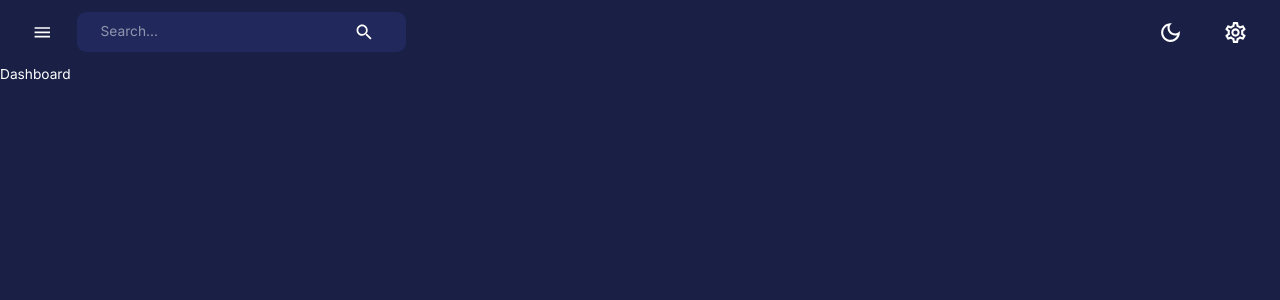
Repository: thaiduy1704/Mern-Admin-Dashboard
Page: / (app in client/)
The author's editor kept a copy of each file at every save. The page is drawn from the files as they stood at one save, then again after the next save.
The browser window is 1280 px wide. The pictures show the whole page.
The project was rebuilt for these pictures with package versions that can differ from the ones it lists, and the page was loaded fresh each time. Also part of the build but not shown: client/src/components/SideBar.jsx.

Above is the page before, as saved 2023-03-06 17:31:51.

### client/src/index.css
@import url('https://fonts.googleapis.com/css2?family=Inter:wght@400;600;700&display=swap');

html,
body,
#root,
.app{
    height: 100%;
    width: 100%;
    font-family: "Inter", sans-serif;
}

### client/src/App.js
import { CssBaseline, ThemeProvider } from "@mui/material";
import { createTheme } from "@mui/material/styles";
import { themeSettings } from "./assets/theme";
import { useSelector } from "react-redux";
import { useMemo } from "react";
import {
  BrowserRouter as Router,
  Routes,
  Route,
  Navigate,
} from "react-router-dom";
import { Dashboard, Layout } from "./pages/index";

function App() {
  const { mode } = useSelector((store) => store.theme);

  const theme = useMemo(() => createTheme(themeSettings(mode)), [mode]);
  console.log("app theme", theme);

  return (
    <div className="app">
      <Router>
        <ThemeProvider theme={theme}>
          <CssBaseline />
          <Routes>
            <Route element={<Layout />}>
              <Route path="/" element={<Navigate to="/dashboard" replace />} />
              <Route path="/dashboard" element={<Dashboard />} />
            </Route>
          </Routes>
        </ThemeProvider>
      </Router>
    </div>
  );
}

export default App;

### client/src/redux/store.js
import { configureStore, ThunkAction, Action } from "@reduxjs/toolkit";
import themeReducer from "./features/Theme/ThemeSlice";

export const store = configureStore({
  reducer: {
    theme: themeReducer,
  },
});

### client/src/assets/theme.js
// color design tokens export
export const tokensDark = {
  grey: {
    0: "#ffffff", // manually adjusted
    10: "#f6f6f6", // manually adjusted
    50: "#f0f0f0", // manually adjusted
    100: "#e0e0e0",
    200: "#c2c2c2",
    300: "#a3a3a3",
    400: "#858585",
    500: "#666666",
    600: "#525252",
    700: "#3d3d3d",
    800: "#292929",
    900: "#141414",
    1000: "#000000", // manually adjusted
  },
  primary: {
    // blue
    100: "#d3d4de",
    200: "#a6a9be",
    300: "#7a7f9d",
    400: "#4d547d",
    500: "#21295c",
    600: "#191F45", // manually adjusted
    700: "#141937",
    800: "#0d1025",
    900: "#070812",
  },
  secondary: {
    // yellow
    50: "#f0f0f0", // manually adjusted
    100: "#fff6e0",
    200: "#ffedc2",
    300: "#ffe3a3",
    400: "#ffda85",
    500: "#ffd166",
    600: "#cca752",
    700: "#997d3d",
    800: "#665429",
    900: "#332a14",
  },
};

// function that reverses the color palette
function reverseTokens(tokensDark) {
  const reversedTokens = {};
  Object.entries(tokensDark).forEach(([key, val]) => {
    const keys = Object.keys(val);
    const values = Object.values(val);
    const length = keys.length;
    const reversedObj = {};
    for (let i = 0; i < length; i++) {
      reversedObj[keys[i]] = values[length - i - 1];
    }
    reversedTokens[key] = reversedObj;
  });
  return reversedTokens;
}
export const tokensLight = reverseTokens(tokensDark);

// mui theme settings
export const themeSettings = (mode) => {
  return {
    palette: {
      mode: mode,
      ...(mode === "dark"
        ? {
            // palette values for dark mode
            primary: {
              ...tokensDark.primary,
              main: tokensDark.primary[400],
              light: tokensDark.primary[400],
            },
            secondary: {
              ...tokensDark.secondary,
              main: tokensDark.secondary[300],
            },
            neutral: {
              ...tokensDark.grey,
              main: tokensDark.grey[500],
            },
            background: {
              default: tokensDark.primary[600],
              alt: tokensDark.primary[500],
            },
          }
        : {
            // palette values for light mode
            primary: {
              ...tokensLight.primary,
              main: tokensDark.grey[50],
              light: tokensDark.grey[100],
            },
            secondary: {
              ...tokensLight.secondary,
              main: tokensDark.secondary[600],
              light: tokensDark.secondary[700],
            },
            neutral: {
              ...tokensLight.grey,
              main: tokensDark.grey[500],
            },
            background: {
              default: tokensDark.grey[0],
              alt: tokensDark.grey[50],
            },
          }),
    },
    typography: {
      fontFamily: ["Inter", "sans-serif"].join(","),
      fontSize: 12,
      h1: {
        fontFamily: ["Inter", "sans-serif"].join(","),
        fontSize: 40,
      },
      h2: {
        fontFamily: ["Inter", "sans-serif"].join(","),
        fontSize: 32,
      },
      h3: {
        fontFamily: ["Inter", "sans-serif"].join(","),
        fontSize: 24,
      },
      h4: {
        fontFamily: ["Inter", "sans-serif"].join(","),
        fontSize: 20,
      },
      h5: {
        fontFamily: ["Inter", "sans-serif"].join(","),
        fontSize: 16,
      },
      h6: {
        fontFamily: ["Inter", "sans-serif"].join(","),
        fontSize: 14,
      },
    },
  };
};

### client/src/pages/index.js
import Dashboard from "./Dashboard/Dashboard";
import Layout from "./Layout/Layout";

export { Dashboard, Layout };

### client/src/redux/features/Theme/ThemeSlice.js
import { createSlice } from "@reduxjs/toolkit";

const initialState = {
  mode: "dark",
};

const themeSlice = createSlice({
  name: "theme",
  initialState,
  reducers: {
    setMode: (state) => {
      state.mode = state.mode === "light" ? "dark" : "light";
    },
  },
});

export const { setMode } = themeSlice.actions;
export default themeSlice.reducer;

### client/src/pages/Dashboard/Dashboard.jsx
import React from "react";

const Dashboard = () => {
  return <div>Dashboard</div>;
};

export default Dashboard;

### client/src/pages/Layout/Layout.jsx
import {useState} from 'react'
import {Box,useMediaQuery} from '@mui/material'
import {Outlet} from 'react-router-dom'
import {useSelector} from 'react-redux'
import {Navbar} from '../../components/index'

const Layout = () => {
  return (
    <Box width='100%' height='100%'>
      <Box>
        <Navbar/>
        <Outlet/>
      </Box>

    </Box>
  )
}

export default Layout

### client/src/components/index.js
import FlexBetween from "./FlexBetween";
import Navbar from "./Navbar";
import SideBar from "./SideBar";
export { FlexBetween, Navbar, SideBar };

### client/src/components/Navbar.jsx
import {
  LightModeOutlined,
  DarkModeOutlined,
  Menu as MenuIcon,
  Search,
  ArrowDropDownOutlined,
  SettingsOutlined,
} from "@mui/icons-material";

import { FlexBetween } from "./index";
import { setMode } from "../redux/features/Theme/ThemeSlice";
import { useDispatch, useSelector } from "react-redux";
import profileImage from "../assets/profile.jpeg";
import {
  AppBar,
  Button,
  Box,
  Typography,
  IconButton,
  InputBase,
  Toolbar,
  Menu,
  MenuItem,
  useTheme,
} from "@mui/material";
import { tokensDark } from "assets/theme";

const Navbar = ({ isSideBarOpen, setIsSideBarOpen }) => {
  const dispatch = useDispatch();

  const theme = useTheme();

  return (
    <AppBar
      sx={{
        position: "static",
        background: "none",
        boxShadow: "none",
      }}
    >
      <Toolbar sx={{ justifyContent: "space-between" }}>
        {/*Left Side */}
        <FlexBetween>
          <IconButton
            sx={{ borderRadius: "none" }}
            onClick={() => {
              setIsSideBarOpen(!isSideBarOpen);
            }}
          >
            <MenuIcon
              sx={{
                marginRight: "1rem",
              }}
            />
          </IconButton>
          <FlexBetween
            backgroundColor={theme.palette.background.alt}
            borderRadius="9px"
            gap="3rem"
            p="0.1rem 1.5rem"
          >
            <InputBase placeholder="Search..." />
            <IconButton>
              <Search />
            </IconButton>
          </FlexBetween>
        </FlexBetween>

        {/* Right Side */}
        <FlexBetween gap="1.5rem">
          <IconButton onClick={() => dispatch(setMode())}>
            {theme.palette.mode === "dark" ? (
              <DarkModeOutlined sx={{ fontSize: "25px" }} />
            ) : (
              <LightModeOutlined sx={{ fontSize: "25px" }} />
            )}
          </IconButton>
          <IconButton>
            <SettingsOutlined sx={{ fontSize: "25px" }} />
          </IconButton>
        </FlexBetween>
      </Toolbar>
    </AppBar>
  );
};

export default Navbar;

Loaded but not shown: client/public/index.html (common file); client/src/index.js (common file); client/src/components/FlexBetween.jsx (common file)

After the next save:
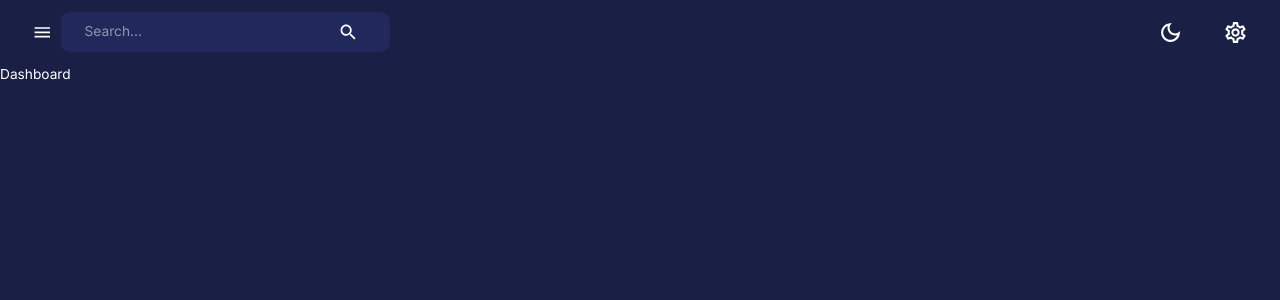
Saved 13 s later.
--- a/client/src/components/Navbar.jsx
+++ b/client/src/components/Navbar.jsx
@@ -47,11 +47,7 @@ const Navbar = ({ isSideBarOpen, setIsSideBarOpen }) => {
               setIsSideBarOpen(!isSideBarOpen);
             }}
           >
-            <MenuIcon
-              sx={{
-                marginRight: "1rem",
-              }}
-            />
+            <MenuIcon />
           </IconButton>
           <FlexBetween
             backgroundColor={theme.palette.background.alt}
